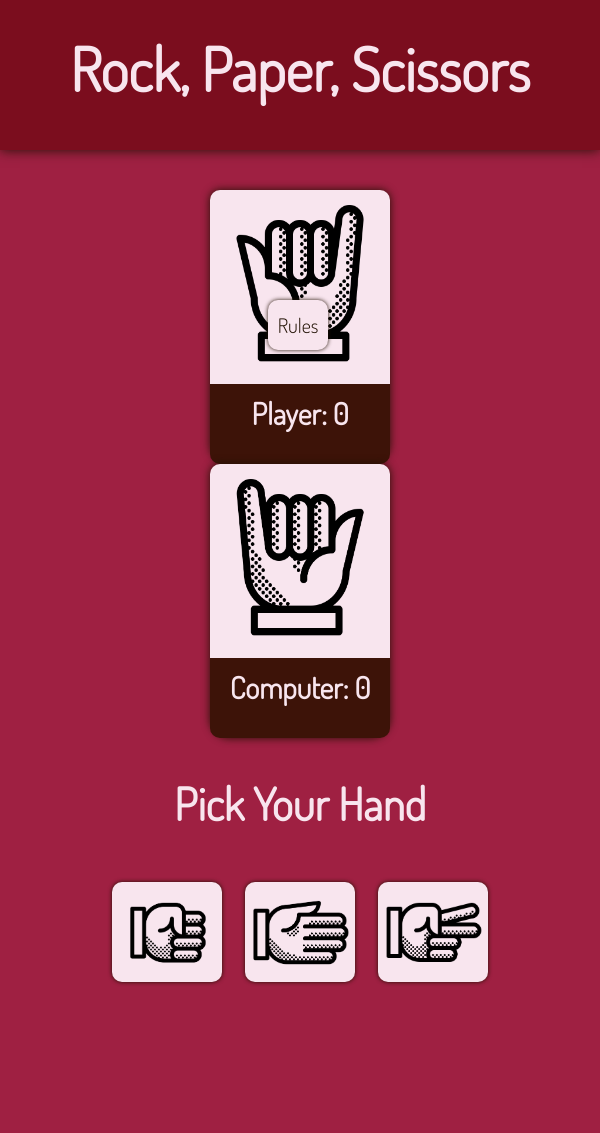
Repository: shayanabedi98/rock-paper-scissors
Page: index.html
The author's editor kept a copy of each file at every save. The page is drawn from the files as they stood at one save, then again after the next save.
The browser window is 600 px wide. The pictures show the whole page.

Above is the page before, as saved 2023-07-21 13:20:16.

### index.html
<!DOCTYPE html>
<html lang="en">
<head>
    <meta charset="UTF-8">
    <meta name="viewport" content="width=device-width, initial-scale=1.0">
    <title>Rock, Paper, Scissors</title>
    <link rel="preconnect" href="https://fonts.googleapis.com">
    <link rel="preconnect" href="https://fonts.gstatic.com" crossorigin>
    <link href="https://fonts.googleapis.com/css2?family=Dosis:wght@300&display=swap" rel="stylesheet">
    <link rel="stylesheet" href="styles.css">
</head>
<body>
    <div class="dark-div">
    </div>
    <div class="header">
        <h1>Rock, Paper, Scissors</h1>
    </div>
    <div class="rules-btn">
        <button>Rules</button>
    </div>
    <div class="container">
        <div class="card">
            <div class="player">
                <img src="resources/startleft.png" alt="Starting image before game">
                <h3>Player: 0</h3>
            </div>
        </div>
        <div class="card">
            <div class="computer">
                <img src="resources/start.png" alt="Starting image before game">
                <h3>Computer: 0</h3>
            </div>
        </div>
    </div>
    <div class="caption">
        <h2>Pick Your Hand</h2>
    </div>
    <div class="button-container">
        <button class="btn" id="rock"><img src="resources/rockleft.png" alt="rock option"></button>
        <button class="btn" id="paper"><img src="resources/paperleft.png" alt="paper option"></button>
        <button class="btn" id="scissors"><img src="resources/scissorsleft.png" alt="scissors option"></button>
    </div>
    <div class="rules">
        <h1>Rules</h1>
        <p>Rock beats Scissors. <br>Paper beats Rock. <br>Scissors beats Paper. <br>You(Player) vs Computer. <br>Best 3/5 wins. <br>Simple enough?</p>
        <button>Close</button>
    </div>
    <script src="index.js"></script>
</body>
</html>

### styles.css
body {
    font-family:'Dosis', sans-serif;
    margin: 0;
    padding: 0;
    background-color: #9F2042;
    color: #F8E5EE;
}

h1 {
    font-size: 60px;
    margin-top: 0;

}

.dark-div {
    background-color: #211103;
    position: absolute;
    z-index: 1;
    width: 100%;
    height: 100%;
    opacity: 0;
    visibility: hidden;
}

.header {
    text-align: center;
    background-color: #7B0D1E;
    height: 120px;
    padding-top: 30px;
    box-shadow: 0 0 12px 0 #211103;
}

.rules-btn {
    text-align: center;
}

.rules-btn button {
    font-family: 'Dosis', sans-serif;
    font-size: 26px;
    background-color: #F8E5EE;
    color: #211103;
    width: 100px;
    height: 50px;
    cursor: pointer;
    border: 0;
    border-radius: 10px;
    box-shadow: 0 0 4px 0 #211103;
    position: absolute;
    margin-top: 250px;
    transform: translateX(-50px);
    text-align: center;
}

.caption {
    text-align: center;
    font-size: 30px;
}

.container {
    text-align: center;
    display: block;
    margin-top: 40px;
}

.card {
    display: inline-block;
    background-color: #F8E5EE;
    box-shadow: 0 0 8px 0 #211103;
    margin: 0 120px;
    border-radius: 10px 10px 20px 20px;
}

.card img {
    height: 350px;
    width: 345px;
}

.card h3 {
    font-size: 40px;
    color: #F8E5EE;
    background-color: #3D1308;
    margin-bottom: 0;
    height: 70px;
    padding-top: 10px;
    border-radius: 0  0 10px 10px;
}

.button-container {
    text-align: center;
    margin-top: 50px;
    height: 161px;
}

#rock, #paper, #scissors {
    font-family: 'Dosis', sans-serif;
    background-color: #F8E5EE;
    color: #211103;
    width: 110px;
    height: 100px;
    cursor: pointer;
    border: 0;
    border-radius: 10px;
    box-shadow: 0 0 4px 0 #211103;
    margin: 0 10px;
}

#rock img, #paper img, #scissors img {
    height: 100px;
}

#rock:hover, #paper:hover, #scissors:hover {
    box-shadow: 0 0 10px 0 #211103;
}

#rock:active, #paper:active, #scissors:active, #rock img:active, #paper img:active, #scissors img:active {
    box-shadow: none;
    height: 99px;
}

.rules {
    background-color: #F8E5EE;
    color: #211103;
    position: absolute;
    box-shadow: 0 0 10px 0 #211103;
    border-radius: 10px;
    text-align: center;
    margin-left: 40%;
    transform: translateY(-700px);
    width: 20%;
    z-index: 2;
    height: 450px;
    opacity: 0;
    visibility: hidden;
}

.rules p {
    font-size: 30px;
}

.rules button {
    font-family: 'Dosis', sans-serif;
    font-size: 26px;
    font-weight: 600;
    background-color: #F8E5EE;
    width: 80px;
    border: 0;
    text-decoration: overline;
    cursor: pointer;
}

.winner {
    text-align: center;
    margin-top: 350px;
}

.winner button {
    font-family: 'Dosis', sans-serif;
    font-size: 40px;
    font-family: 'Dosis', sans-serif;
    background-color: #F8E5EE;
    color: #211103;
    width: 200px;
    height: 100px;
    cursor: pointer;
    border: 0;
    border-radius: 10px;
    box-shadow: 0 0 4px 0 #211103;
}

@media (max-width: 1200px) {

    .rules-btn button {
        margin-top: 150px;
    }

    .card img {
        height: 210px;
        width: 200px;
    }
    .card h3 {
        margin-top: 0;
        font-size: 30px;
    }
}

@media (max-width: 900px) {

    .card {
        margin: 0 70px;
    }

    .card img {
        height: 190px;
        width: 180px;
    }
}

@media (max-width: 680px) {
    .rules-btn button {
        width: 60px;
        font-size: 20px;
        margin-left: 3%;
    }
}

### index.js
var scoreP = 0;
var scoreC = 0;
var winner = document.querySelector('.winner');
var caption = document.querySelector('.caption h2');
var rock = document.querySelector('#rock');
var paper = document.querySelector('#paper');
var scissors = document.querySelector('#scissors');
var computer = document.querySelector('.computer img');
var player = document.querySelector('.player img');
var btn = document.querySelectorAll('.btn');
var playerPick;
var computerPick;
var rules = document.querySelector('.rules');
var rulesClose = document.querySelector('.rules button');
var rulesButton = document.querySelector('.rules-btn button');
var darkDiv = document.querySelector('.dark-div');

//animations for the rules card
rulesButton.addEventListener('click', function() {
    rules.style.opacity = '100';
    rules.style.transition = "0.5s"
    rules.style.visibility = 'visible';
    darkDiv.style.opacity = '0.5';
    darkDiv.style.transition = "0.5s"
    darkDiv.style.visibility = 'visible';
});

rulesClose.addEventListener('click', function() {
    rules.style.visibility = 'hidden';
    rules.style.opacity = '0';
    rules.style.transition = "0.5s";
    darkDiv.style.visibility = 'hidden';
    darkDiv.style.opacity = '0';
    darkDiv.style.transition = "0.5s";
});

//game mechanics
function rng() {
    return Math.floor(Math.random() * 3) + 1;
};

rock.addEventListener('click', function() {
    player.src = 'resources/rockleft.png';
    playerPick = 'rock';
});
paper.addEventListener('click', function() {
    player.src = 'resources/paperleft.png';
    playerPick = 'paper';
});
scissors.addEventListener('click', function() {
    player.src = 'resources/scissorsleft.png';
    playerPick = 'scissors';
});

for (let i = 0; i < btn.length; i ++){
    btn[i].addEventListener('click', function() {
        rng();
        if (rng() === 1) {
            computer.src = 'resources/rock.png';
            computerPick = 'rock';
        } else if (rng() === 2) {
            computer.src = 'resources/paper.png';
            computerPick = 'paper';
        } else if (rng() === 3) {
            computer.src = 'resources/scissors.png';
            computerPick = 'scissors';
        }

        if (playerPick === computerPick) {
            caption.innerHTML = 'Tie!';
        }

        else if ((playerPick === 'rock' && computerPick === 'paper') || (playerPick === 'scissors' && computerPick === 'rock') || (playerPick === 'paper' && computerPick === 'scissors')) {
            caption.innerHTML = 'Point for Computer!';
            scoreC ++;
        }

        else if ((playerPick === 'rock' && computerPick === 'scissors') || (playerPick === 'scissors' && computerPick === 'paper') || (playerPick === 'paper' && computerPick === 'rock')) {
            caption.innerHTML = 'Point for Player!';
            scoreP ++;
        }

        document.querySelector('.player h3').innerHTML = 'Player: ' + scoreP;
        document.querySelector('.computer h3').innerHTML = 'Computer: ' + scoreC;

        if (scoreC === 3) {
            window.location.replace('./loser.html');
        } else if (scoreP === 3) {
            window.location.replace('./winner.html');

        }
    });
};

function playAgain() {
    window.location.replace('./index.html');
};

After the next save:
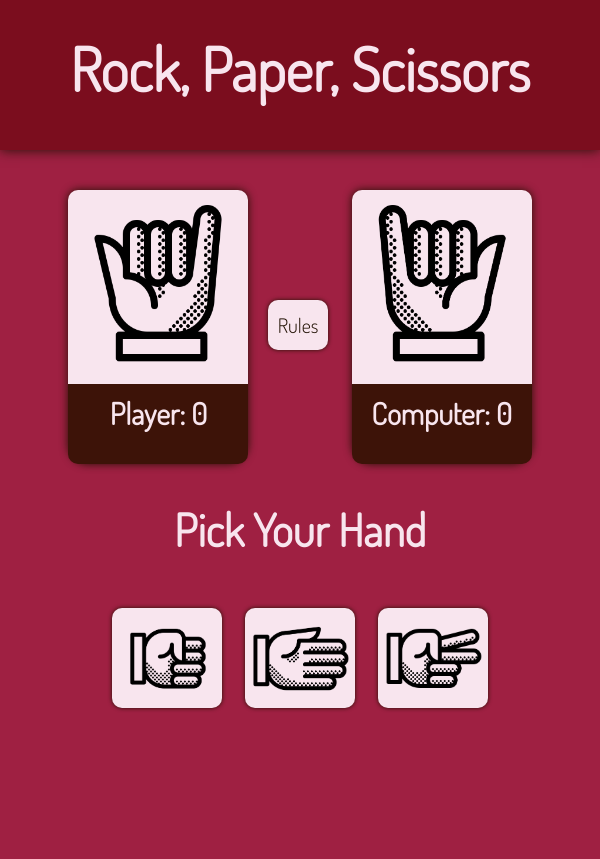
Saved 23 s later.
--- a/styles.css
+++ b/styles.css
@@ -201,4 +201,8 @@ h1 {
         font-size: 20px;
         margin-left: 3%;
     }
-}
+
+    .card {
+        margin: 0 50px;
+    }
+}
